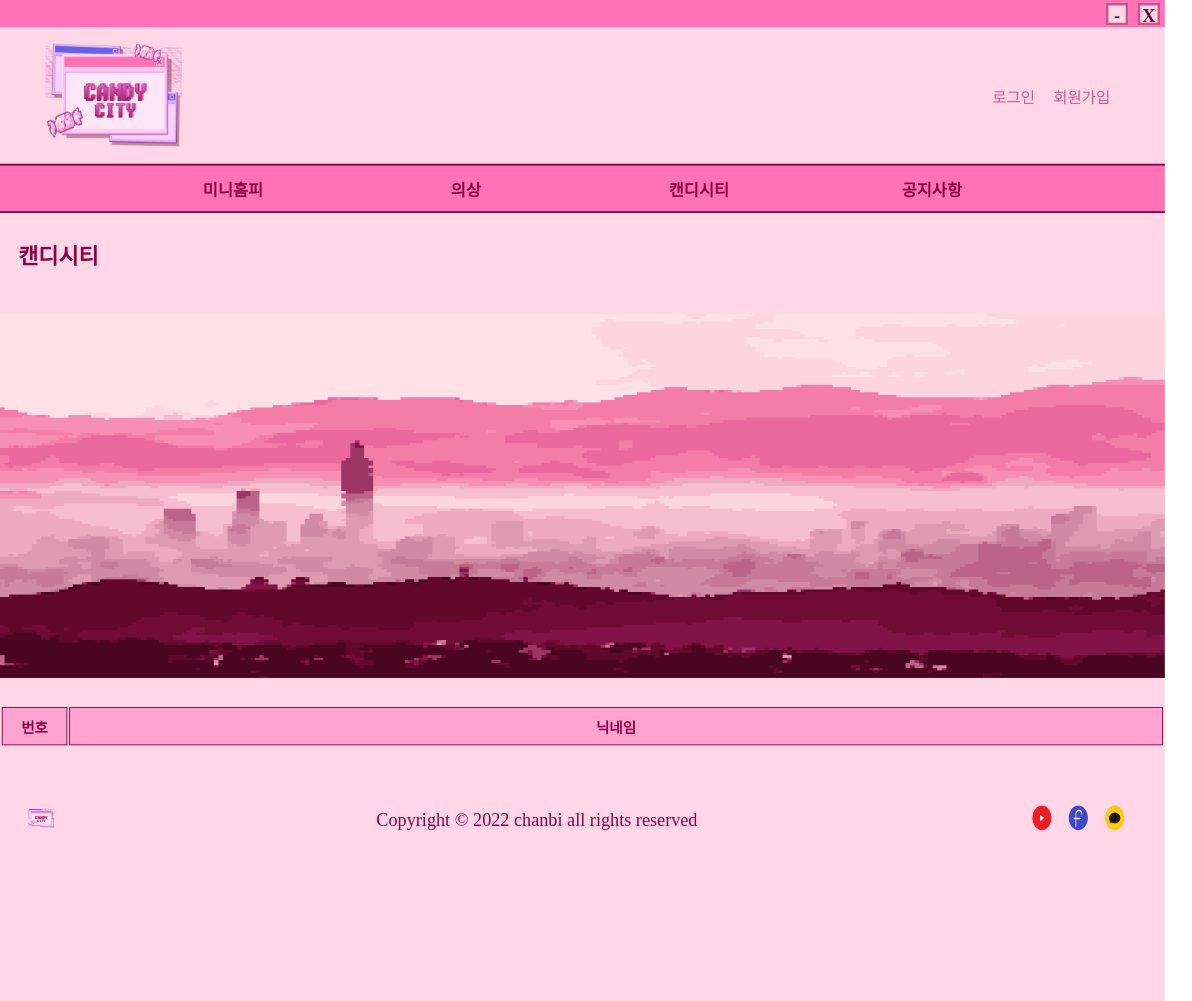
Repository: chanbiM/candyCityProject
Page: http://localhost/CandyCityProj/getCandyCityList
An editor plug-in stored every save of this project. The page is shown before and after the next save, followed by the edit.
The browser window is 1280 px wide. The page is 1310 px wide, so the pictures cover 1310 px, including what lies to the right of the window. The pictures show the whole page, at 91% of full size.
Some web fonts or font styles are not loaded; a fallback is used. The page is served by Tomcat 9. Queries for data that is not in the repository find no rows.

Above is the page before, as saved 2022-11-20 06:13:48.

After the next save:
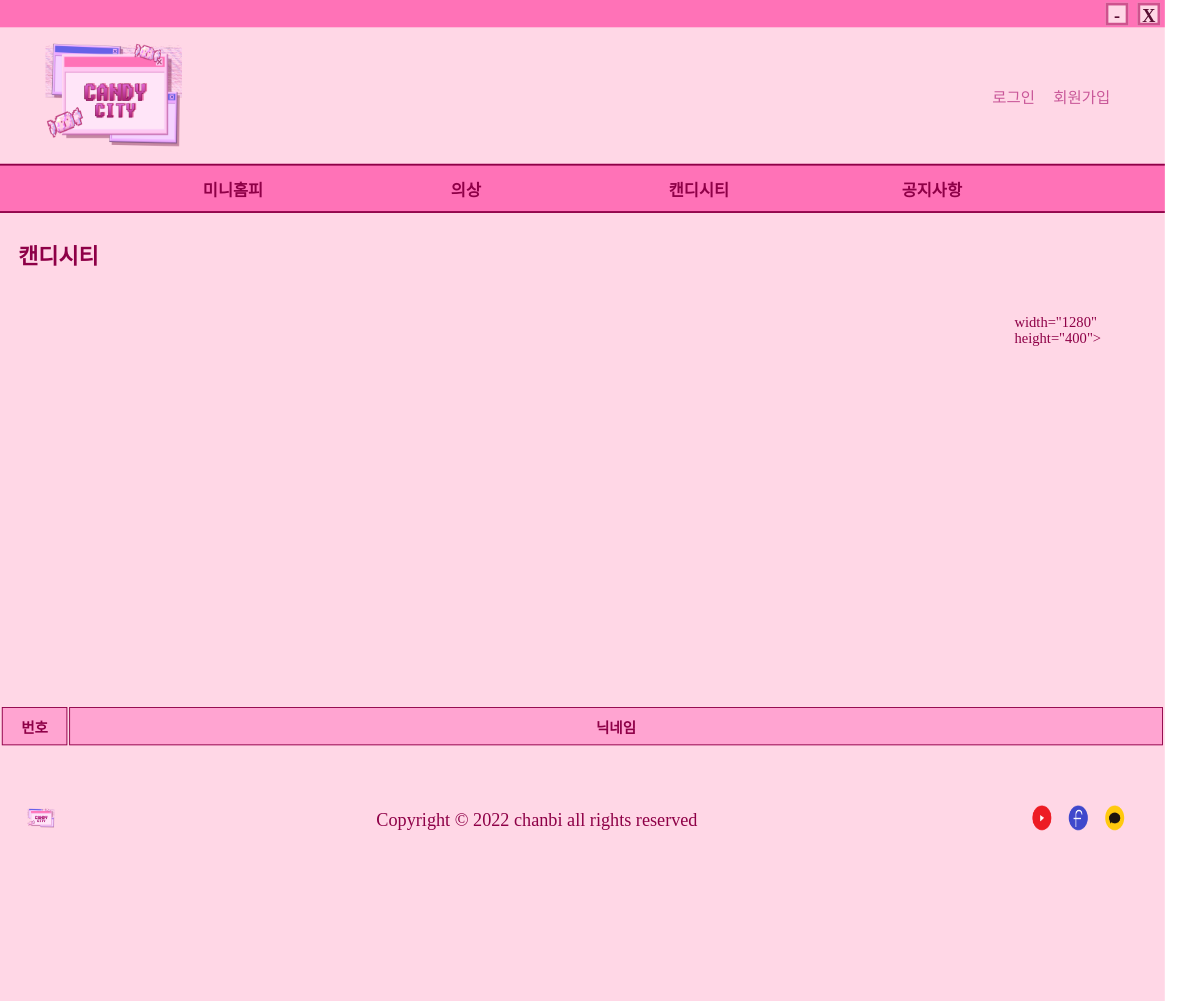
Saved 15 s later.
--- a/CandyCityProj/WebContent/member/character/candyCity.jsp
+++ b/CandyCityProj/WebContent/member/character/candyCity.jsp
@@ -66,7 +66,7 @@
 		%>
 
 	</ul>
-	<img alt="캔디시티 배경" src="/images/candycityBack.png" id="candy_back"
+	<!-- <img alt="캔디시티 배경" src="/images/candycityBack.png" id="candy_back" -->
 		width="1280" height="400">
 </div>
 
